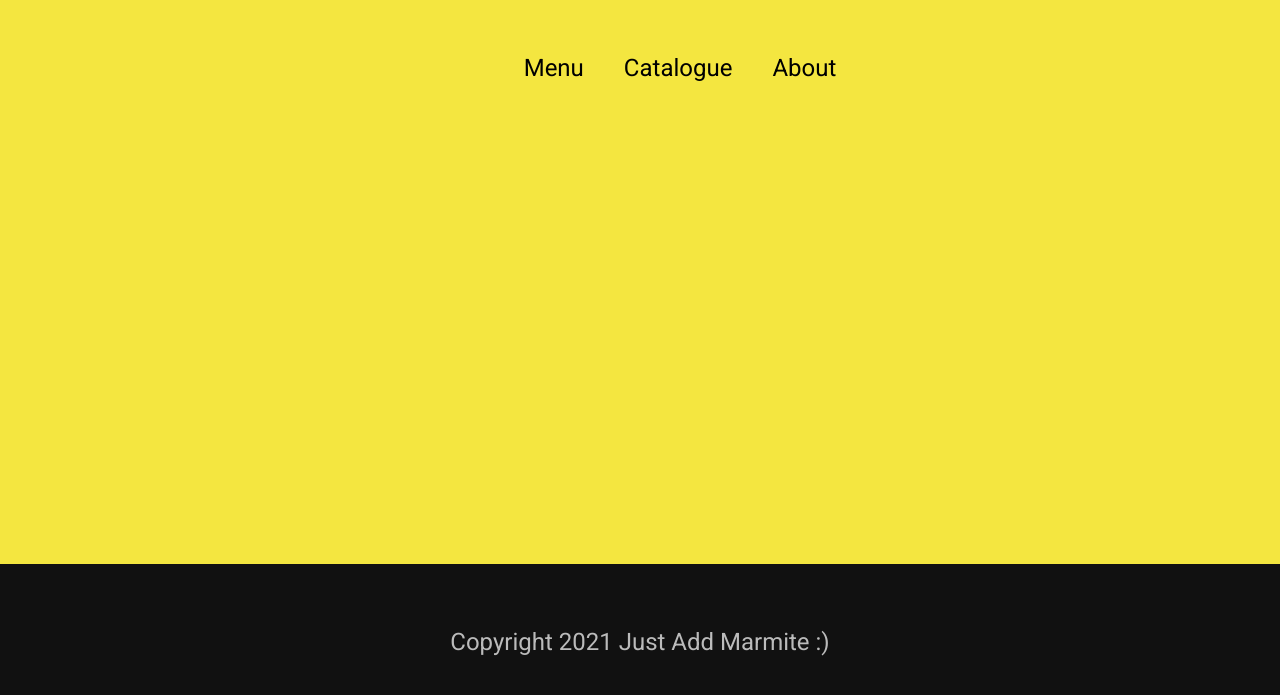
Repository: Fauzaanmhmd/Skripsi
Page: /
An editor plug-in stored every save of this project. The page is shown before and after the next save, followed by the edit.
The browser window is 1280 px wide. The pictures show the whole page.
The project was rebuilt for these pictures with package versions that can differ from the ones it lists, and the page was loaded fresh each time. The framework's server and built-in components were replaced by stand-ins that run in the browser. Also part of the build but not shown: next.config.js.

Above is the page before, as saved 2021-05-24 21:41:18.

### pages/index.js
import { createClient } from "contentful"
import Layout from '../components/Layout'

export default function Recipes({ recipes }) {
  console.log(recipes)
  return (
    <Layout>
      Ini beranda
    </Layout>

  )
}

### styles/globals.css
@import url('https://fonts.googleapis.com/css2?family=Roboto:ital,wght@0,100;0,300;0,400;0,500;0,700;0,900;1,100;1,300;1,400;1,500;1,700;1,900&display=swap');

body {
  background: #F4E640;
  margin: 0;
  font-family: 'Roboto';
  font-size: 1.5em;
}
.layout {
  min-height: 100vh;
  display: flex;
  flex-direction: column;
}
header {
  text-align: center;
}
header a {
  text-decoration: none;
  color: black;
  text-transform: uppercase;
  display: inline-block;
}
header h1, header h2 {
  margin: 0;
}
header span {
  display: block;
  line-height: 1em;
}
header span:first-child {
  font-size: 1em;
  font-weight: 400;
}
header span:last-child {
  font-size: 1.5em;
  font-weight: 800;
}
header h2 {
  font-size: 1.2em;
  font-weight: 400;
}
footer {
  background: #111;
  color: #bbb;
  padding: 40px;
  text-align: center;
  margin-top: auto
}
.page-content {
  max-width: 1200px;
  margin: 20px auto 80px;
  padding: 0 20px;
  width: 100%;
  box-sizing: border-box;
}

.navbar {
  display: flex;
  justify-content: center;
  padding: 10px 20px;
  align-items: center;
  background-color: #F4E640;
  flex-direction: column-reverse;
  position: fixed;
  z-index: 999;
  width: 100%;
}

navbar_menu {
  position: fixed;
}
ul{
  list-style-type: none;
  display: flex;
}

li {
  margin: 20px;
  cursor: pointer;
  border-bottom: 2px solid #F4E640;
}
li:hover {
background-color: transparent;
border-bottom: 2px solid black;
}
.navimg{
  position: absolute;
  left: 20px;
}

.zoom:hover {
  -ms-transform: scale(1.5); /* IE 9 */
  -webkit-transform: scale(1.5); /* Safari 3-8 */
  transform: scale(1.5);
  transition: transform .9s;
}

img {
  width: 550px;
  height: 380px;
  margin: 10px 30px 0px 30px;
  padding: 10px 20px 0px 20px;
  display: flex;
  justify-content: center;
  align-items: center;
  position: relative;
  cursor: pointer;
}

img:hover {
  -ms-transform: scale(1.1); /* IE 9 */
  -webkit-transform: scale(1.1); /* Safari 3-8 */
  transform: scale(1.1);
  transition: transform .9s;
}

.image {
  display: grid;
  grid-template-columns: repeat(2,minmax(0,1fr));
  grid-gap: .5rem;
  padding: 0 50px;
}

.button {
  cursor : pointer;
  margin: 0 30px;
  padding: 0 20px;
  width: 100px;
}

.button {
  cursor: pointer;
    margin-bottom: 30px;
    margin-top: 30px;
    margin-left: 0px;
    margin-right: 0px;
    padding-top: 10px;
    padding-bottom: 10px;
    border-top-width: 2px;
    border-bottom-width: 2px
}

.img-bg {
  display: flex;
  background-color: white;
  flex-direction: column;
  justify-content: center;
  align-items: center;
  width: 65%;
  height: 150px;
  margin: -50px 0px 40px 90px;
}

.zoom-dropdown:hover {
  -ms-transform: scale(1.5); /* IE 9 */
  -webkit-transform: scale(1.5); /* Safari 3-8 */
  transform: scale(1.5);
  transition: transform .9s;
}

### components/Layout.js
import Link from 'next/link'
import Navbar from './Navbar'

export default function Layout({ children }) {

  return (
    <div className="layout">
      <header>
        <Navbar />
      </header>

      <div className="page-content">
        {children}
      </div>



      <footer>
        <p>Copyright 2021 Just Add Marmite :)</p>
      </footer>
    </div >
  )
}

### components/Navbar.js
import Link from 'next/link'

const Navbar = props => {
    return (
        <div className="navbar">
            <ul className="navbar_menu">
                <Link href="/">
                    <li className="zoom">Menu</li>
                </Link>
                <Link href="/catalogue">
                    <li className="zoom-dropdown">Catalogue</li>
                </Link>
                <Link href="/about">
                    <li className="zoom">About</li>
                </Link>
            </ul>
        </div>
    )
}

export default Navbar

Loaded but not shown: pages/_app.js (common file)

After the next save:
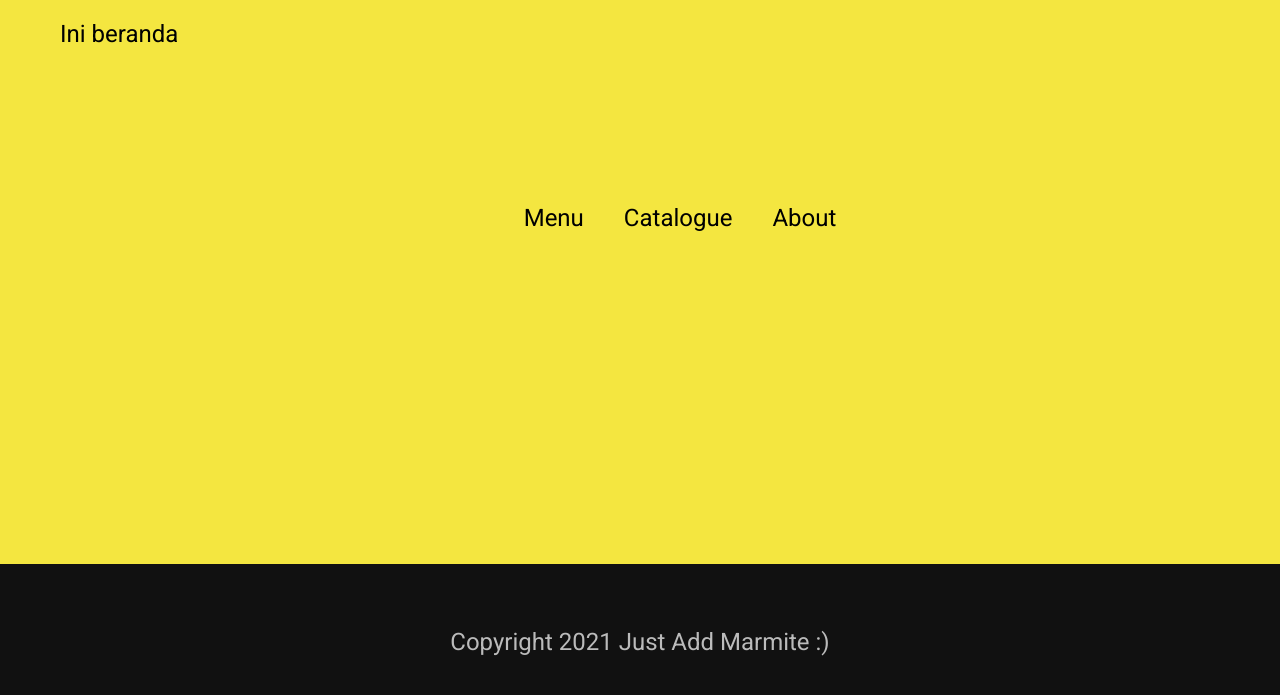
Saved 96 s later.
--- a/styles/globals.css
+++ b/styles/globals.css
@@ -64,6 +64,7 @@
   position: fixed;
   z-index: 999;
   width: 100%;
+  margin-top: 150px;
 }
 
 navbar_menu {

After the save that followed:
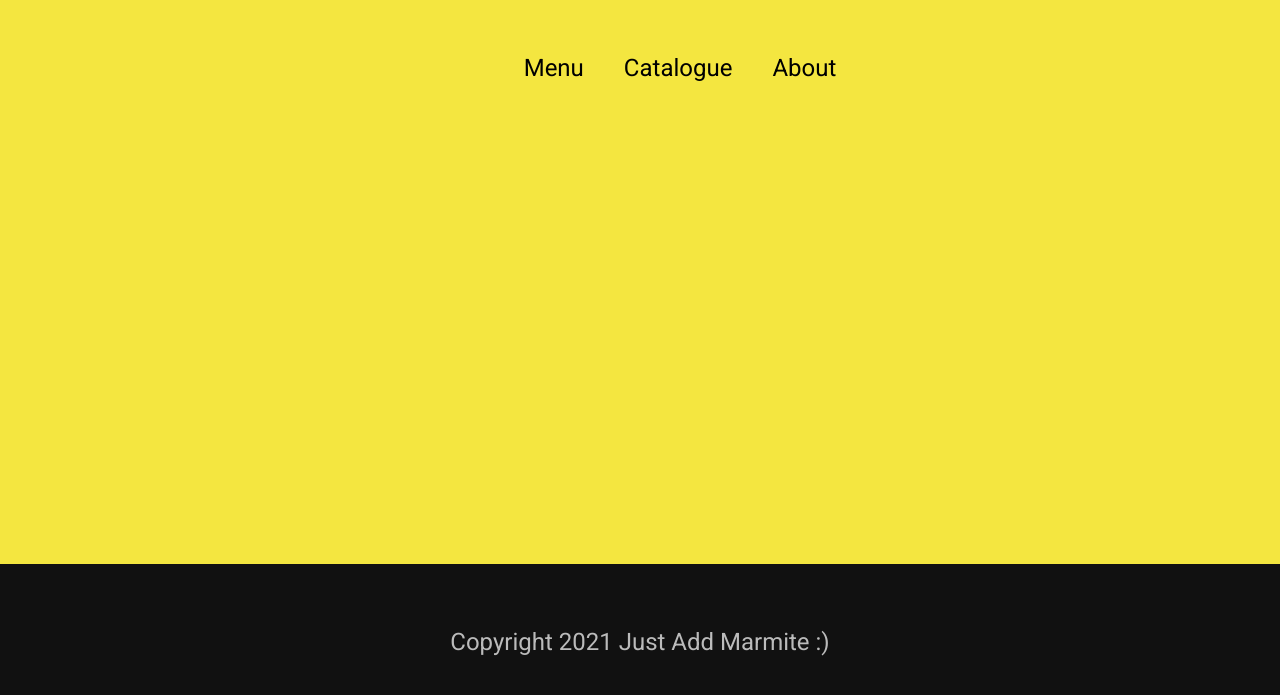
Saved 41 s later.
--- a/styles/globals.css
+++ b/styles/globals.css
@@ -64,7 +64,6 @@
   position: fixed;
   z-index: 999;
   width: 100%;
-  margin-top: 150px;
 }
 
 navbar_menu {
